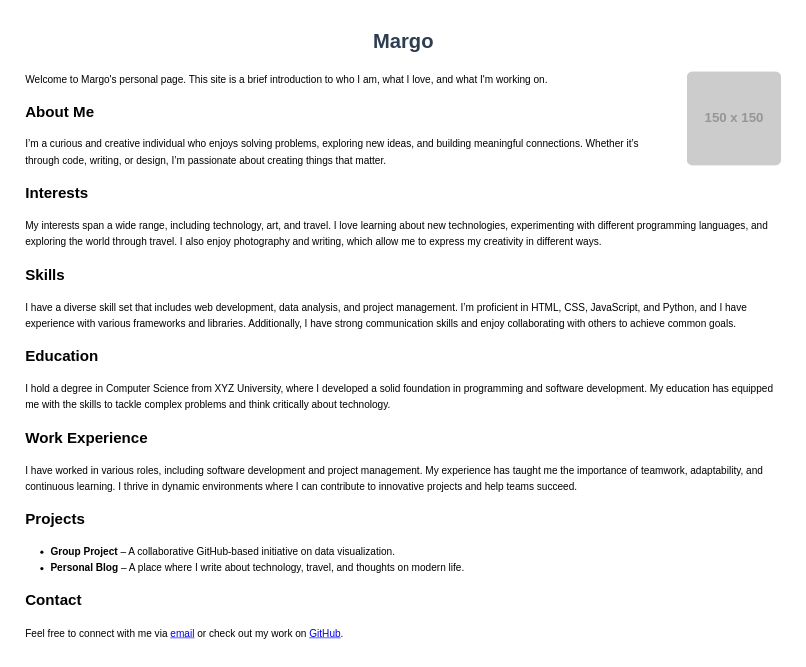
Repository: margo-m-chen/group_project
Page: my_file.html
An editor plug-in stored every save of this project. The page is shown before and after the next save, followed by the edit.
The browser window is 1280 px wide. The pictures show the whole page, at 63% of full size.

Above is the page before, as saved 2025-07-18 13:57:24.

### my_file.html
<!DOCTYPE html>
<html lang="en">

<head>
    <meta charset="UTF-8">
    <title>Margo</title>
    <style>
        body {
            font-family: Arial, sans-serif;
            margin: 40px;
            line-height: 1.6;

        }

        h1 {
            color: #2c3e50;
        }
    </style>
</head>

<body>
    <h1 style="text-align: center;">Margo</h1>


    <img src="https://via.placeholder.com/150" alt="Margo's Photo"
        style="float: right; margin-left: 20px; border-radius: 10px;">

    <p>
        Welcome to Margo's personal page. This site is a brief introduction to who I am, what I love, and what I'm
        working on.
    </p>
    <h2>About Me</h2>
    <p>
        I’m a curious and creative individual who enjoys solving problems, exploring new ideas, and building meaningful
        connections.
        Whether it’s through code, writing, or design, I’m passionate about creating things that matter.
    </p>
    <h2>Interests</h2>
    <p>
        My interests span a wide range, including technology, art, and travel. I love learning about new technologies,
        experimenting with different programming languages, and exploring the world through travel.
        I also enjoy photography and writing, which allow me to express my creativity in different ways.
    </p>
    <h2>Skills</h2>
    <p>
        I have a diverse skill set that includes web development, data analysis, and project management. I’m proficient
        in
        HTML, CSS, JavaScript, and Python, and I have experience with various frameworks and libraries.
        Additionally, I have strong communication skills and enjoy collaborating with others to achieve common goals.

    </p>

    <h2>Education</h2>

    <p>
        I hold a degree in Computer Science from XYZ University, where I developed a solid foundation in programming and
        software development.
        My education has equipped me with the skills to tackle complex problems and think critically about technology.
    </p>


    <h2>Work Experience</h2>
    <p>
        I have worked in various roles, including software development and project management. My experience has taught
        me the importance of teamwork, adaptability, and continuous learning.
        I thrive in dynamic environments where I can contribute to innovative projects and help teams succeed.
    </p>


    <h2>Projects</h2>
    <ul>
        <li><strong>Group Project</strong> – A collaborative GitHub-based initiative on data visualization.</li>
        <li><strong>Personal Blog</strong> – A place where I write about technology, travel, and thoughts on modern
            life.</li>
    </ul>
    <h2>Contact</h2>
    <p>
        Feel free to connect with me via <a href="mailto:margo.m.chen@hsbc.com.cn">email</a> or check out my work on <a
            href="https://github.com/margo-m-chen" target="_blank">GitHub</a>.
    </p>
</body>

</html>

After the next save:
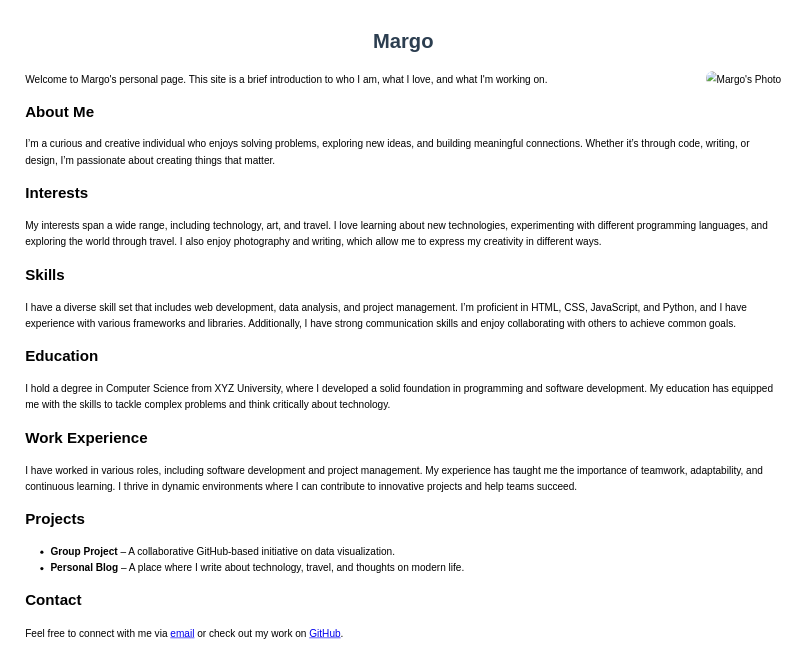
Not found: Users/chenmingmeng/hsbc/group_project/photo.jpg
Saved 100 s later.
--- a/my_file.html
+++ b/my_file.html
@@ -22,7 +22,7 @@
     <h1 style="text-align: center;">Margo</h1>
 
 
-    <img src="https://via.placeholder.com/150" alt="Margo's Photo"
+    <img src="/Users/chenmingmeng/hsbc/group_project/photo.jpg" alt="Margo's Photo"
         style="float: right; margin-left: 20px; border-radius: 10px;">
 
     <p>

After the save that followed:
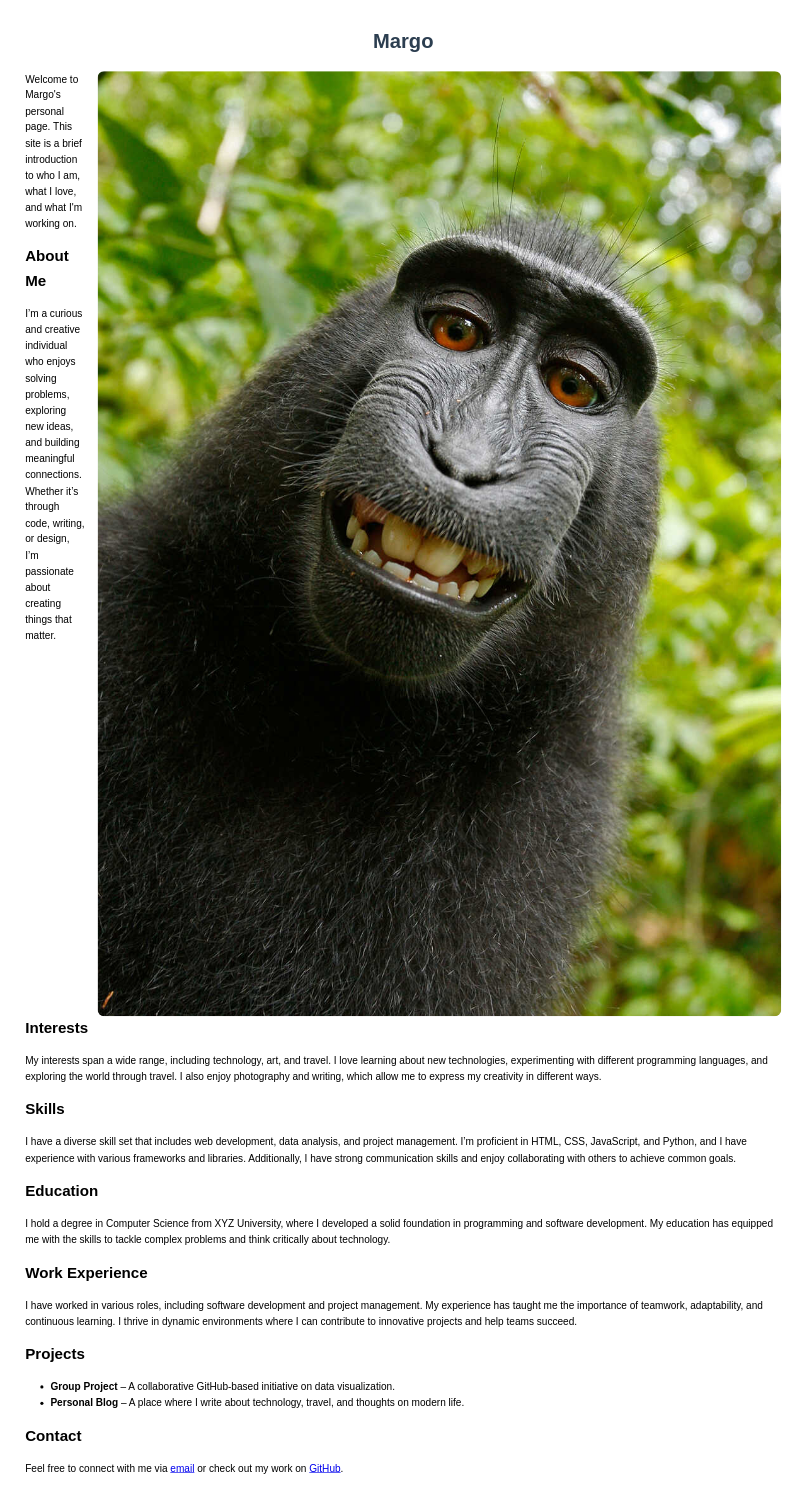
Saved 11 s later.
--- a/my_file.html
+++ b/my_file.html
@@ -22,8 +22,7 @@
     <h1 style="text-align: center;">Margo</h1>
 
 
-    <img src="/Users/chenmingmeng/hsbc/group_project/photo.jpg" alt="Margo's Photo"
-        style="float: right; margin-left: 20px; border-radius: 10px;">
+    <img src="photo.jpg" alt="Margo's Photo" style="float: right; margin-left: 20px; border-radius: 10px;">
 
     <p>
         Welcome to Margo's personal page. This site is a brief introduction to who I am, what I love, and what I'm
